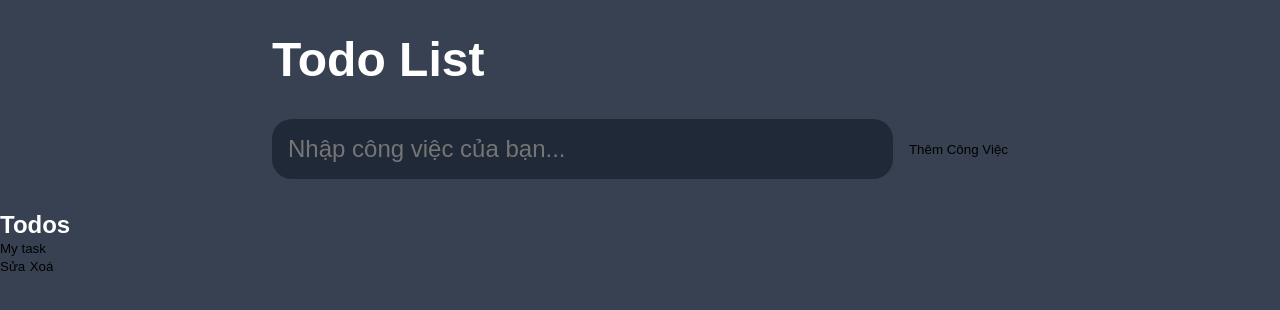
Repository: ntheanh/Todo-List
Page: index.html
These files come from the project's save history. The page is drawn as it stood at one moment and after the next save; the edit follows.
The browser window is 1280 px wide. The pictures show the whole page.
The style sheet was rebuilt from its Sass, Less or Tailwind sources for each picture, by a compiler version that may differ from the author's.

Above is the page before, as saved 2023-03-15 22:41:08.

### index.html
<!DOCTYPE html>
<html lang="en">
  <head>
    <meta charset="UTF-8" />
    <meta http-equiv="X-UA-Compatible" content="IE=edge" />
    <meta name="viewport" content="width=device-width, initial-scale=1.0" />
    <title>My Todo List</title>
    <link rel="stylesheet" href="style.css" />
  </head>
  <body>
    <header>
      <h1>Todo List</h1>
      <form action="" id="new-todo-form">
        <input
          id="new-todo-input"
          type="text"
          name="todo"
          placeholder="Nhập công việc của bạn... "
        />
        <input id="new-todo-submit" type="submit" value="Thêm Công Việc" />
      </form>
    </header>
    <main>
      <section class="task-list">
        <h2>Todos</h2>
        <div id="tasks">
          <div class="task">
            <div class="content">
              <input
                type="text"
                class="content_input"
                value="My task"
                readonly
              />
            </div>
            <div class="actons">
              <button class="edit">Sửa</button>
              <button class="delete">Xoá</button>
            </div>
          </div>
        </div>
      </section>
    </main>

    <script src="app.js"></script>
  </body>
</html>

### style.scss
:root {
  --dark: #374151;
  --darker: #1f2937;
  --darkest: #111827;
  --gray: #6b7280;
  --light: #eee;
  --pink: #ec4899;
  --purple: #8b5cf6;
}

* {
  margin: 0;
  padding: 0;
  box-sizing: border-box;
  font-family: "Poppins", sans-serif;
}

body {
  display: flex;
  flex-direction: column;
  min-height: 100vh;
  background: var(--dark);
  color: #fff;
}

header {
  padding: 2rem;
  width: 100%;
  max-width: 800px;
  margin: 0 auto;
  h1 {
    font-size: 3rem;
    font-weight: 600;
    margin-bottom: 2rem;
  }
}
#new-todo-form {
  display: flex;
}

input,
button {
  appearance: none;
  border: none;
  outline: none;
  background: none;
}

#new-todo-input {
  flex: 1 1 0%;
  background: var(--darker);
  padding: 1rem;
  border-radius: 1.25rem;
  margin-right: 1rem;
  color: var(--light);
  font-size: 1.5rem;
}

Loaded but not shown: app.js (no stored copy; drawn as an empty file)

After the next save:
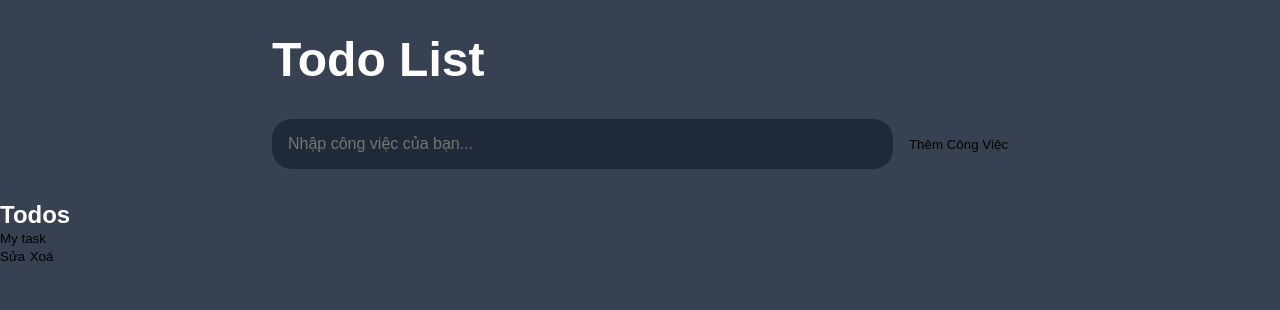
Saved 6 s later.
--- a/style.scss
+++ b/style.scss
@@ -53,5 +53,5 @@ button {
   border-radius: 1.25rem;
   margin-right: 1rem;
   color: var(--light);
-  font-size: 1.5rem;
+  font-size: 1rem;
 }
